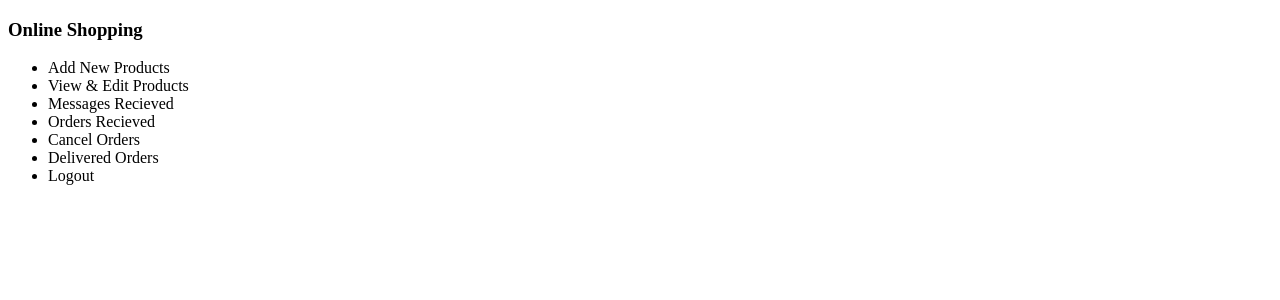
Repository: NidhiDaniel/E-Cart
Page: http://localhost/Online-Shopping-Cart/admin/adminhome.jsp
These files come from the project's save history. The page is drawn as it stood at one moment and after the next save; the edit follows.
The browser window is 1280 px wide. The pictures show the whole page.
The page is served by Tomcat 9. Other server files are loaded and not shown.

Above is the page before, as saved 2024-01-05 07:33:27.

### Online-Shopping-Cart/src/main/webapp/admin/adminhome.jsp
<%@ page language="java" contentType="text/html; charset=ISO-8859-1"
    pageEncoding="ISO-8859-1"%>
<!DOCTYPE html>
<html>
<head>
<meta charset="ISO-8859-1">
<title>Admin Home Page</title>
<%@include file="adminheader.jsp" %>
</head>

<body>

</body>
</html>

### Online-Shopping-Cart/src/main/webapp/admin/adminheader.jsp
<%@ page language="java" contentType="text/html; charset=ISO-8859-1"
	pageEncoding="ISO-8859-1"%>
<!DOCTYPE html>
<html>
<head>
<meta charset="ISO-8859-1">
<title>Insert title here</title>
<link rel="stylesheet" type="text/css" href="./css/header.css">
</head>
<body>
	<div class="header">
	   <h3>Online Shopping</h3>
		<ul>
			<li>Add New Products</li>
			<li>View & Edit Products</li>
			<li>Messages Recieved</li>
			<li>Orders Recieved</li>
			<li>Cancel Orders</li>
			<li>Delivered Orders</li>
			<li>Logout</li>
		</ul>

	</div>
</body>
</html>

### Online-Shopping-Cart/src/main/webapp/css/header.css
@charset "ISO-8859-1";
.header{
	width: auto;
}

### Online-Shopping-Cart/src/main/webapp/footer.jsp
<%@ page language="java" contentType="text/html; charset=ISO-8859-1"
    pageEncoding="ISO-8859-1"%>
<!DOCTYPE html>
<html>
<head>
<meta charset="ISO-8859-1">
<title>Insert title here</title>
</head>
<body>
<div class="footer">
<p>All rights recieved</p>
</div>
</body>
</html>

After the next save:
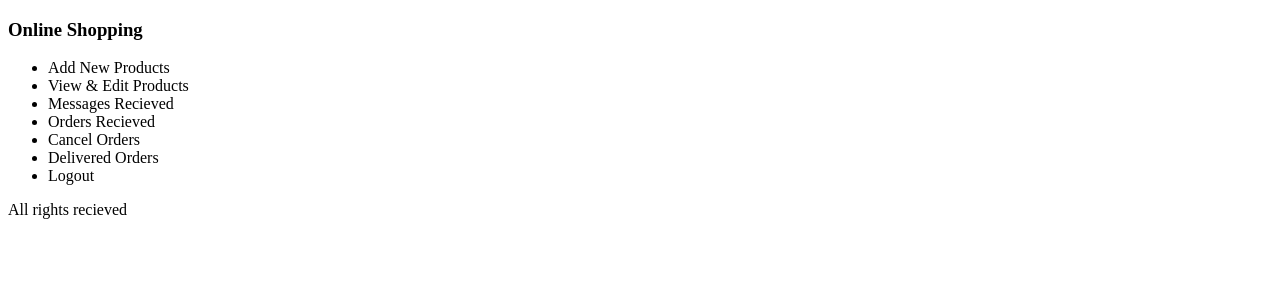
Saved 72 s later.
--- a/Online-Shopping-Cart/src/main/webapp/admin/adminhome.jsp
+++ b/Online-Shopping-Cart/src/main/webapp/admin/adminhome.jsp
@@ -1,11 +1,13 @@
 <%@ page language="java" contentType="text/html; charset=ISO-8859-1"
     pageEncoding="ISO-8859-1"%>
+    <%@include file="adminheader.jsp" %>
+    <%@include file="../footer.jsp" %>
 <!DOCTYPE html>
 <html>
 <head>
 <meta charset="ISO-8859-1">
 <title>Admin Home Page</title>
-<%@include file="adminheader.jsp" %>
+
 </head>
 
 <body>
